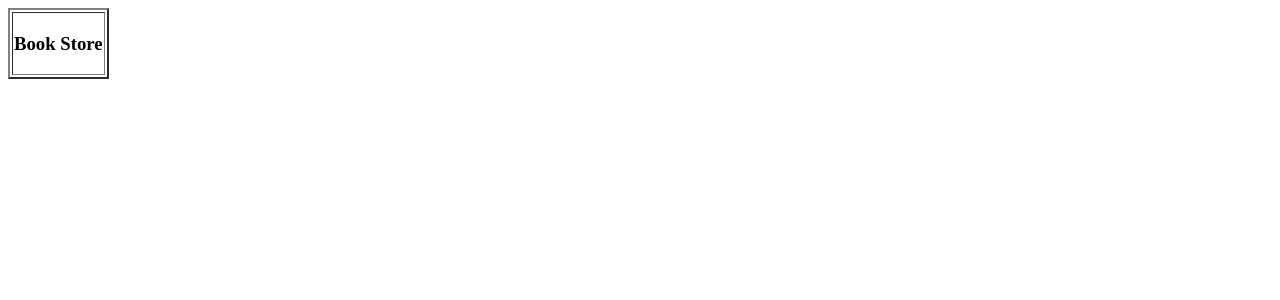
Repository: SomasundaramPappannan/New
Page: http://localhost/bookstore-ws/Header.jsp
An editor plug-in stored every save of this project. The page is shown before and after the next save, followed by the edit.
The browser window is 1280 px wide. The pictures show the whole page.
The page is served by Tomcat 9.

Above is the page before, as saved 2017-08-24 12:38:14.

After the next save:
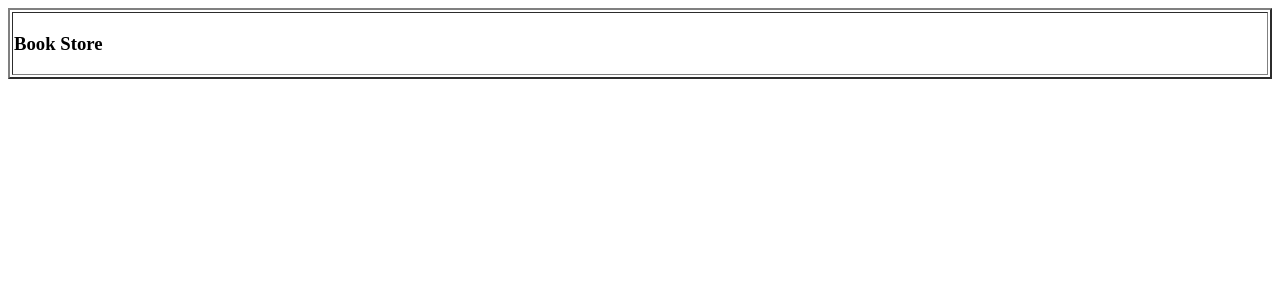
Saved 55 s later.
--- a/bookstore-ws/WebContent/Header.jsp
+++ b/bookstore-ws/WebContent/Header.jsp
@@ -8,7 +8,7 @@
 </head>
 <body>
 
-<table border="2" height="50%">
+<table border="2" width="100%" height="100%">
 
 	<tr>
 		<td><h3>Book Store</h3></td>
